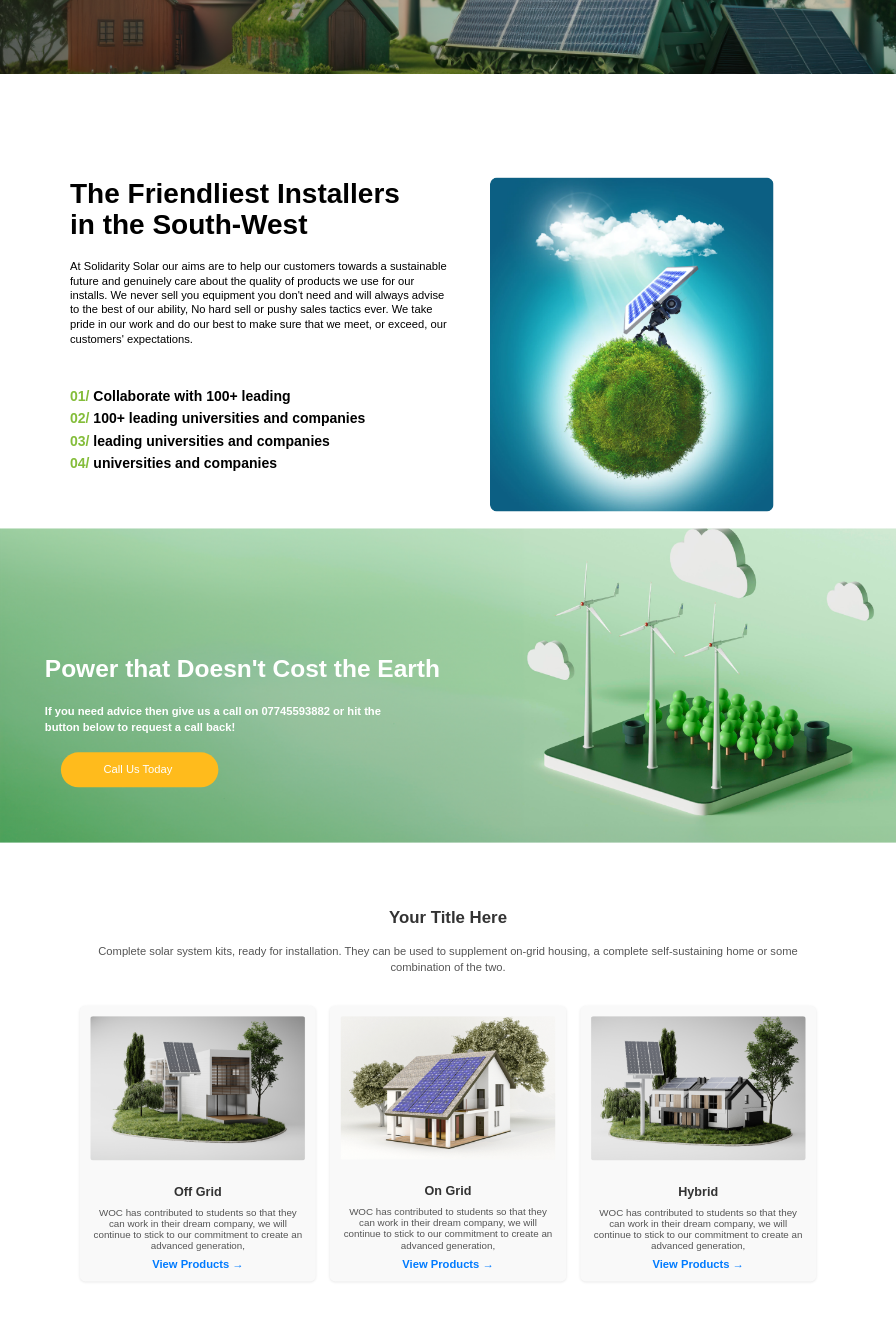
Repository: MaramNabil872/Landing-Page
Page: landingPage.html
An editor plug-in stored every save of this project. The page is shown before and after the next save, followed by the edit.
The browser window is 1280 px wide. The pictures show the part of the page from y = 674 to 2594 px (the page is 2594 px tall before and 2588 px after), at 70% of full size.

Above is the page before, as saved 2024-10-20 22:09:04.

After the next save:
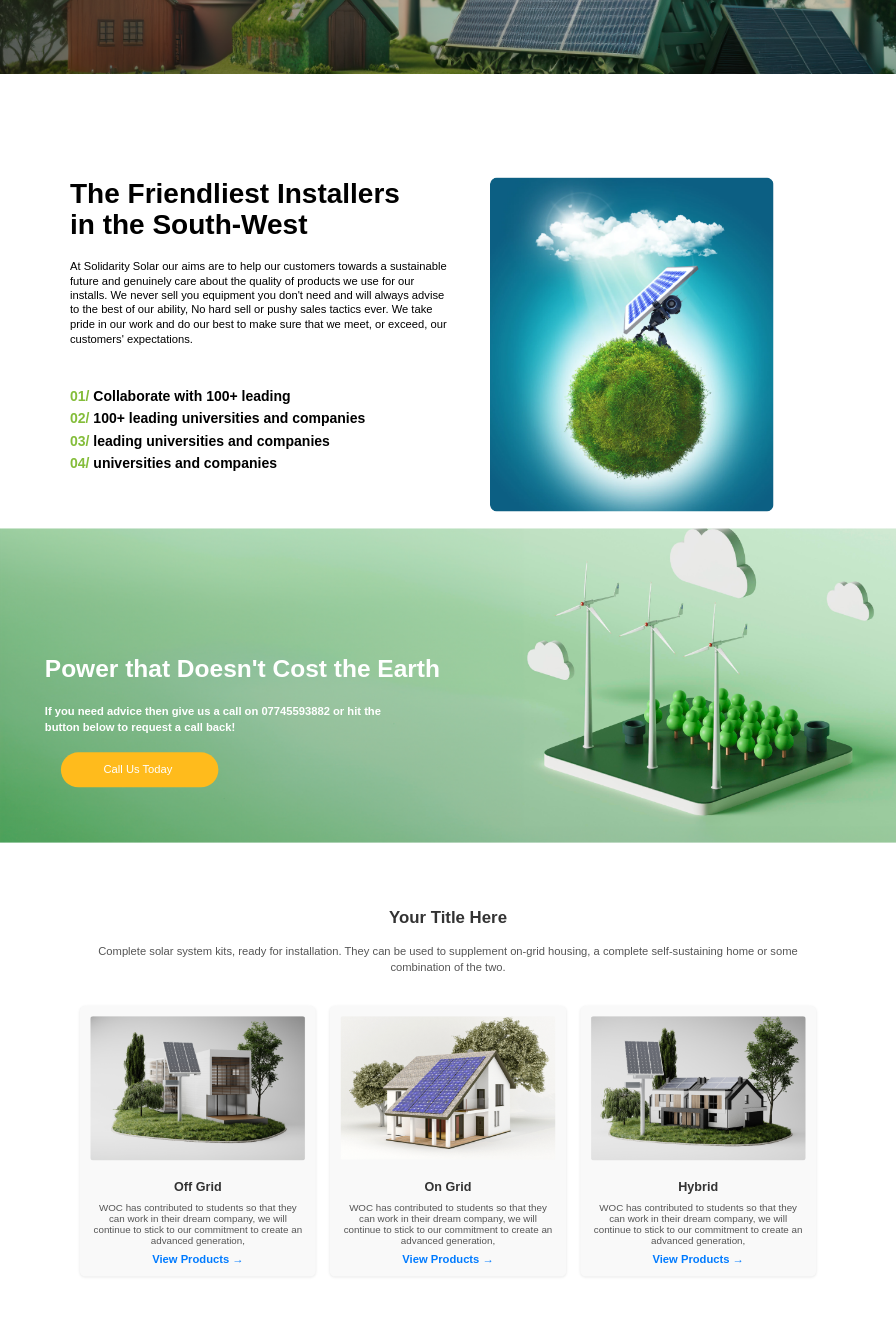
Saved 7 s later.
--- a/landingPage.css
+++ b/landingPage.css
@@ -259,7 +259,7 @@ font-size: 35px;
 .card-title {
     font-size: 18px;
     color: #333;
-    margin-top: 10%;
+    margin-top: 8%;
 
 }
 
